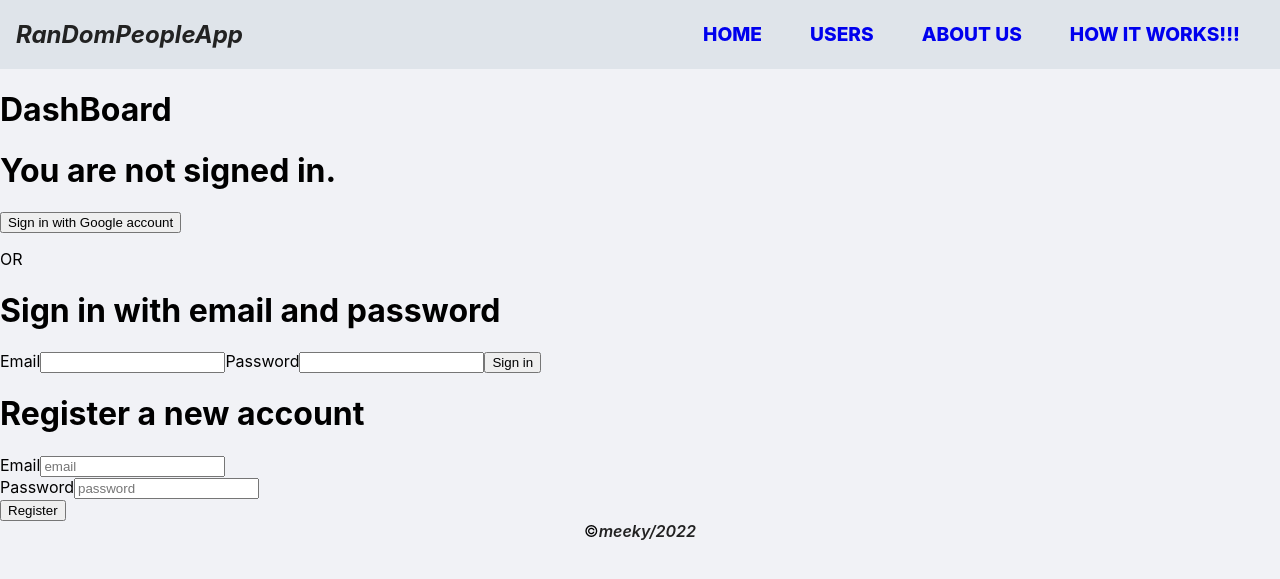
Repository: MikkyPrestige/RandomProfiles
Page: /profile
The author's editor kept a copy of each file at every save. The page is drawn from the files as they stood at one save, then again after the next save.
The browser window is 1280 px wide. The pictures show the whole page.
The page's requests for data from a server got no answer. The project was rebuilt for these pictures with package versions that can differ from the ones it lists, and the page was loaded fresh each time. Some packages were replaced by stand-ins written for this rebuild. No one was signed in, and anything a server would have sent is missing. Also part of the build but not shown: src/assets/styles/home.css, src/components/home.jsx, src/assets/styles/users.css, src/components/users.jsx, src/assets/styles/search.css, src/components/search.jsx, src/assets/styles/help.css, src/components/help.jsx and 5 more.

Above is the page before, as saved 2022-11-30 00:06:23.

### public/index.html
<!DOCTYPE html>
<html lang="en">

<head>
  <meta charset="utf-8" />
  <link rel="icon" href="%PUBLIC_URL%/favicon.ico" />
  <meta name="viewport" content="width=device-width, initial-scale=1" />
  <meta name="theme-color" content="#000000" />
  <meta name="description" content="Web site created using create-react-app" />
  <link rel="apple-touch-icon" href="%PUBLIC_URL%/logo192.png" />
  <!--
      manifest.json provides metadata used when your web app is installed on a
      user's mobile device or desktop. See https://developers.google.com/web/fundamentals/web-app-manifest/
    -->
  <link rel="manifest" href="%PUBLIC_URL%/manifest.json" />
  <!--
      Notice the use of %PUBLIC_URL% in the tags above.
      It will be replaced with the URL of the `public` folder during the build.
      Only files inside the `public` folder can be referenced from the HTML.

      Unlike "/favicon.ico" or "favicon.ico", "%PUBLIC_URL%/favicon.ico" will
      work correctly both with client-side routing and a non-root public URL.
      Learn how to configure a non-root public URL by running `npm run build`.
    -->
  <title>AltSchool Assignment 2</title>
</head>

<body>
  <noscript>You need to enable JavaScript to run this app.</noscript>
  <div id="root"></div>
  <!--
      This HTML file is a template.
      If you open it directly in the browser, you will see an empty page.

      You can add webfonts, meta tags, or analytics to this file.
      The build step will place the bundled scripts into the <body> tag.

      To begin the development, run `npm start` or `yarn start`.
      To create a production bundle, use `npm run build` or `yarn build`.
    -->
</body>

</html>

### src/index.css
body {
  margin: 0;
  font-family: -apple-system, BlinkMacSystemFont, 'Segoe UI', 'Roboto', 'Oxygen',
    'Ubuntu', 'Cantarell', 'Fira Sans', 'Droid Sans', 'Helvetica Neue',
    sans-serif;
  -webkit-font-smoothing: antialiased;
  -moz-osx-font-smoothing: grayscale;
  background-color: #f1f2f6;
}

code {
  font-family: source-code-pro, Menlo, Monaco, Consolas, 'Courier New',
    monospace;
}

### src/App.jsx
import * as React from "react";
import { ErrorBoundary } from "react-error-boundary";
import { Route, Routes } from "react-router-dom";
import {
  Layout,
  Home,
  Users,
  Search,
  Help,
  About,
  Error,
  ErrorFallBack,
  Profile,
  Footer,
} from "./components";

const App = () => {
  return (
    <div className="App">
      <main>
        <ErrorBoundary FallbackComponent={ErrorFallBack}>
          <Layout />
          <Routes>
            <Route path="/" element={<Home />} />
            <Route path="users">
              <Route index element={<Users />} />
              <Route path=":id" element={<Search />} />
            </Route>
            <Route path="profile" element={<Profile />} />
            <Route path="help" element={<Help />} />
            <Route path="about" element={<About />} />
            <Route path="*" element={<Error />} />
          </Routes>
        </ErrorBoundary>
        <Footer />
      </main>
    </div>
  );
};

export default App;

### src/components/index.js
export { default as Layout } from "./layout";
export { default as Home } from "./home";
export { default as Users } from "./users";
export { default as Search } from "./search";
export { default as Help } from "./help";
export { default as About } from "./about";
export { default as Error } from "./error";
export { default as ErrorFallBack } from "./errorFallback";
export { default as Profile } from "./profile";
export { Footer } from "./avatar";

### src/components/layout.jsx
// LAYOUT COMPONENT - This component is for the App Layout that displays the Navigation bar in the app UI to the user when app is open

import { NavLink } from "react-router-dom";
import "../assets/styles/layout.css";

const CustomNavLink = ({ to, ...props }) => {
  let activeStyle = {
    textDecoration: 'underline',
    color: 'red',
  };

  return (
    <NavLink
      style={({ isActive }) =>
        isActive ? activeStyle : { textDecoration: 'none' }
      }
      to={to}
      end
      {...props}
    />
  );
};


const Layout = () => {

  return (
    <nav className="layout">
      <div className="app-header">
        <h1>RanDomPeopleApp</h1>
      </div>
      <div className="nav__items">
        <CustomNavLink to="/" className="nav__item">Home</CustomNavLink>
        <CustomNavLink to="users" className="nav__item">Users</CustomNavLink>
        <CustomNavLink to="about" className="nav__item">About us</CustomNavLink>
        <CustomNavLink to="help" className="nav__item">How it works!!!</CustomNavLink>
      </div>
    </nav>
  );
}

export default Layout;

### src/components/profile.jsx
import {
  signInWithRedirect,
  auth,
  provider,
  getRedirectResult,
  onAuthStateChanged,
  createUserWithEmailAndPassword,
  signInWithEmailAndPassword,
  signOut,
  deleteUser
} from "../config";
import { useEffect, useState } from "react";
import { Avatar } from "./avatar";

// auth.languageCode = "it";
const Profile = () => {
  const [user, setUser] = useState(null);
  const [signedIn, setSignedIn] = useState(false);
  const [email, setEmail] = useState("");
  const [password, setPassword] = useState("");
  const [error, setError] = useState(null);

  // handle register form
  const handleRegister = (e) => {
    e.preventDefault();
    createUserWithEmailAndPassword(auth, email, password)
      .then(() => {
        // Signed in
        console.log("User account created & signed in!");
      })
      .catch((error) => {
        if (error.code === "auth/email-already-in-use") {
          setError("This email address is already in use!");
        }
        if (error.code === "auth/invalid-email") {
          setError("This email address is invalid!");
        }
        console.error(error);
      });
  };

  // sign in with email and password
  const handleSignIn = (e) => {
    e.preventDefault();
    signInWithEmailAndPassword(auth, email, password)
      .then(() => {
        console.log("User signed in!");
      })
      .catch((error) => {
        if (error.code === "auth/wrong-password") {
          setError("Wrong password!");
        }
        if (error.code === "auth/user-not-found") {
          setError("User not found!");
        }
        console.error(error);
      });
  };

  // handle onchange
  const handleChange = (e) => {
    const { name, value } = e.target;
    if (name === "email") {
      setEmail(value);
    }
    if (name === "password") {
      setPassword(value);
    }
  };

  // handle sign In
  const signIn = (e) => {
    e.preventDefault();
    signInWithRedirect(auth, provider);
  };

  // handle sign out
  const signOut = (e) => {
    e.preventDefault();
    signOut(auth)
      .then(() => {
        console.log("User signed out!");
      })
      .catch((error) => {
        console.error(error);
      });
  };

  // handle delete user
  const handleDelete = (e) => {
    e.preventDefault();
    deleteUser(auth.currentUser)
      .then(() => {
        console.log("User deleted!");
      })
      .catch((error) => {
        console.error(error);
      });
  };


  // Get redirect result
  useEffect(() => {
    getRedirectResult(auth)
      .then((result) => {
        if (result) {
          setSignedIn(true);
          // navigate("/users");
        } else {
          // console.log("No user");
        }
      })
      .catch((error) => {
        console.log(error);
      });
  }, []);

  // Check auth state
  useEffect(() => {
    onAuthStateChanged(auth, (user) => {
      if (user) {
        // destructure user
        const { displayName, photoURL, email, phoneNumber } = user;
        // set user state
        setUser({ displayName, photoURL, email, phoneNumber });
        // navigate("/users");
      } else {
        setUser(null);
      }
    });
  }, []);

  return (
    <div className="profile">
      <div className="profile__container">
        <div className="profile__desc">
          <h1>DashBoard</h1>
          {user ? (
            <div className="profile__user">
              <h1>Welcome {user.displayName}, You are signed in.</h1>
              <Avatar image={user.photoURL} alt="user" />
              <p>{user.email}</p>
              <p>{user.phoneNumber}</p>
              <div className="btns">
                <button onClick={signOut} className="sign__btn">
                  Sign Out
                </button>
                <button onClick={handleDelete} className="sign__btn">
                  Delete Account
                </button>
              </div>
            </div>
          ) : (
            <div className="profile__user">
              <div className="profile__form">
                <h1>You are not signed in.</h1>
                <button onClick={signIn} className="sign__btn">
                  Sign in with Google account
                </button>
                <p className="or">OR</p>
                <h1 className="or">Sign in with email and password</h1>
                <form onSubmit={handleSignIn}>
                  <label htmlFor="email">Email</label>
                  <input
                    type="email"
                    name="email"
                    id="email"
                    value={email}
                    onChange={handleChange}
                  />
                  <label htmlFor="password">Password</label>
                  <input
                    type="password"
                    name="password"
                    id="password"
                    value={password}
                    onChange={handleChange}
                  />
                  {error && <p className="error">{error}</p>}
                  <button type="submit" className="sign__btn">
                    Sign in
                  </button>
                </form>
              </div>
              <h1>Register a new account </h1>
              <form onSubmit={handleRegister}>
                <div className="profile__group">
                  <label htmlFor="email">Email</label>
                  <input
                    type="email"
                    name="email"
                    placeholder="email"
                    value={email}
                    onChange={handleChange}
                  />
                  {error && <p className="error">{error}</p>}
                </div>
                <div className="profile__group">
                  <label htmlFor="password">Password</label>
                  <input
                    type="password"
                    name="password"
                    placeholder="password"
                    value={password}
                    onChange={handleChange}
                  />
                </div>
                <button type="submit" className="sign__btn">
                  Register
                </button>
              </form>
            </div>
          )}
        </div>
      </div>
    </div>
  );
};

export default Profile;

### src/components/avatar.jsx
// AVATAR COMPONENT - This component is for the Images used in the app.

import "../assets/styles/layout.css";

export const Avatar = ({ image = "", alt = "", style = { width: '5rem', height: '5rem', borderRadius: '50%' } }) => {
  return (
    <div className="avatar">
      <img src={image} alt={alt} style={style} />
    </div>
  );
}


// FOOTER COMPONENT - for the attribution

export const Footer = () => {
  return (
    <div className="attribution">
      <footer>&copy;<a href="https://github.com/MeekyBerry" target="_blank" rel="noreferrer" className="footer">meeky/2022</a></footer>
    </div>
  )
}

### src/assets/styles/layout.css
.layout {
  background-color: #dfe4ea;
  padding: 0rem 1rem;
  color: #222;
  display: flex;
  align-items: center;
  justify-content: space-between;
}

.app-header {
  font-style: italic;
}

.nav__items {
  display: flex;
  align-items: center;
  list-style: none;
  flex-wrap: wrap;
}

.nav__item {
  font-size: 1.2rem;
  font-weight: 800;
  padding: 1rem 1.5rem;
  text-transform: uppercase;
}

.attribution {
  text-align: center;
}

.footer {
  color: #222;
  text-decoration: none;
  cursor: pointer;
  font-style: italic;
  font-weight: 600;
}

### src/config/index.js
// Import the functions you need from the SDKs you need
import { initializeApp } from "firebase/app";
import {
  getAuth,
  signInWithRedirect,
  GoogleAuthProvider,
  getRedirectResult,
  onAuthStateChanged,
  createUserWithEmailAndPassword,
  signInWithEmailAndPassword,
  signOut,
  deleteUser
} from "firebase/auth";

// web app's Firebase configuration
const firebaseConfig = {
  apiKey: "AIzaSyCfrfw6chi091bWLqJvanxAUTxgJ5XqEu0",
  authDomain: "random-people-app.firebaseapp.com",
  projectId: "random-people-app",
  storageBucket: "random-people-app.appspot.com",
  messagingSenderId: "1097586453252",
  appId: "1:1097586453252:web:4575afe7663a752ae77e51",
};

// Initialize Firebase
const app = initializeApp(firebaseConfig);
// Setup Google auth provider
const provider = new GoogleAuthProvider();

const auth = getAuth();

export {
  app,
  provider,
  auth,
  signInWithRedirect,
  getRedirectResult,
  onAuthStateChanged,
  createUserWithEmailAndPassword,
  signInWithEmailAndPassword,
  signOut,
  deleteUser
};

Loaded but not shown: src/index.js (common file)

After the next save:
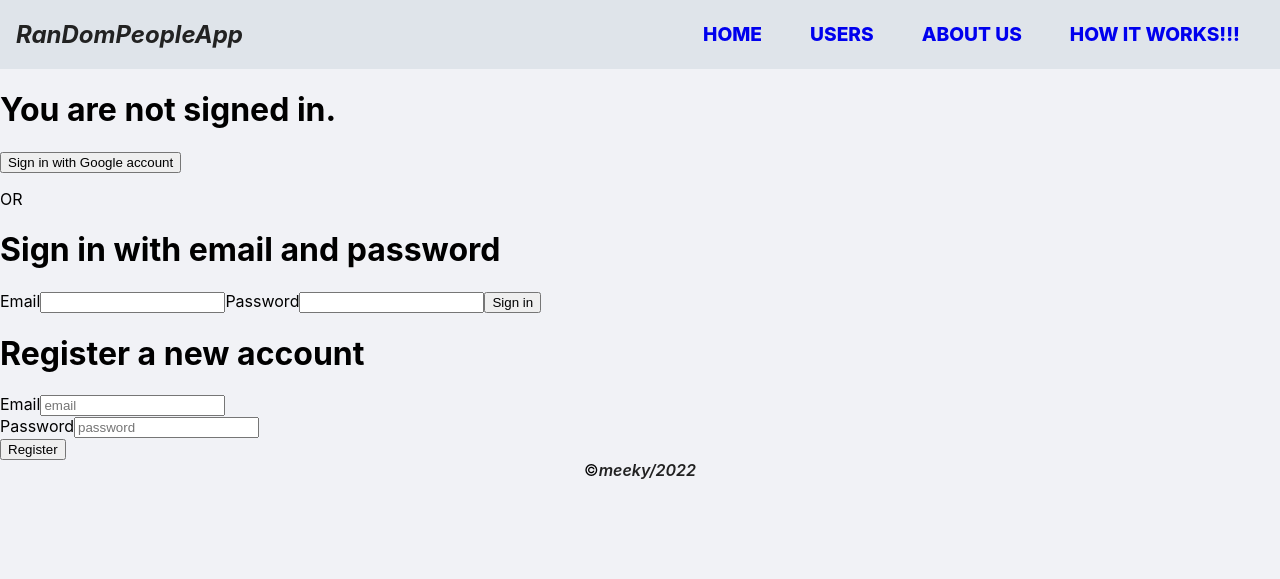
Saved 9 min 35 s later.
--- a/src/components/profile.jsx
+++ b/src/components/profile.jsx
@@ -134,7 +134,6 @@ const Profile = () => {
     <div className="profile">
       <div className="profile__container">
         <div className="profile__desc">
-          <h1>DashBoard</h1>
           {user ? (
             <div className="profile__user">
               <h1>Welcome {user.displayName}, You are signed in.</h1>
